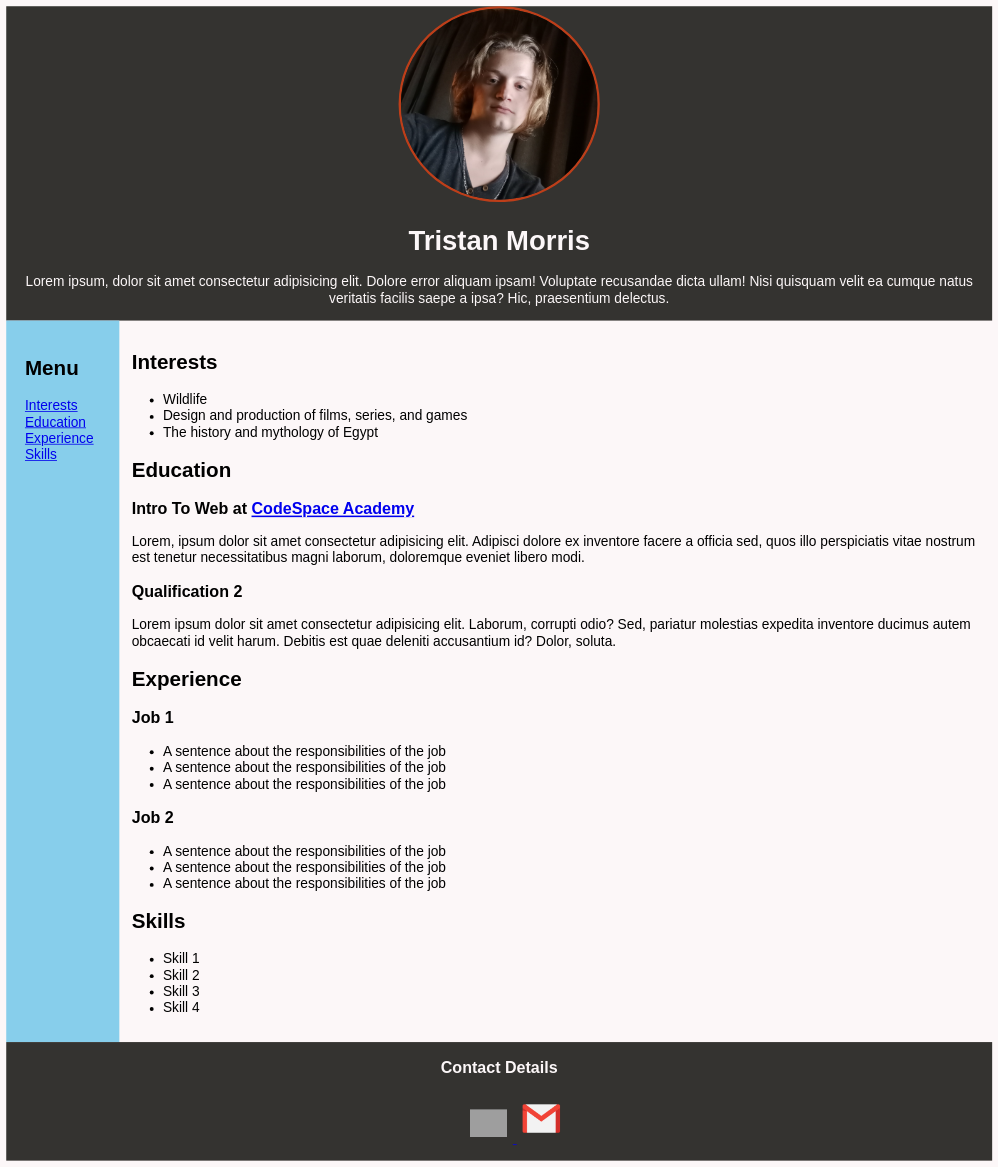
Repository: TristanKMorris/introToWebDesignAssignment
Page: resume.html
An editor plug-in stored every save of this project. The page is shown before and after the next save, followed by the edit.
The browser window is 1280 px wide. The pictures show the whole page, at 78% of full size.
Pictures or frames that could not be fetched are drawn as grey boxes.

Above is the page before, as saved 2022-06-02 22:09:43.

After the next save:
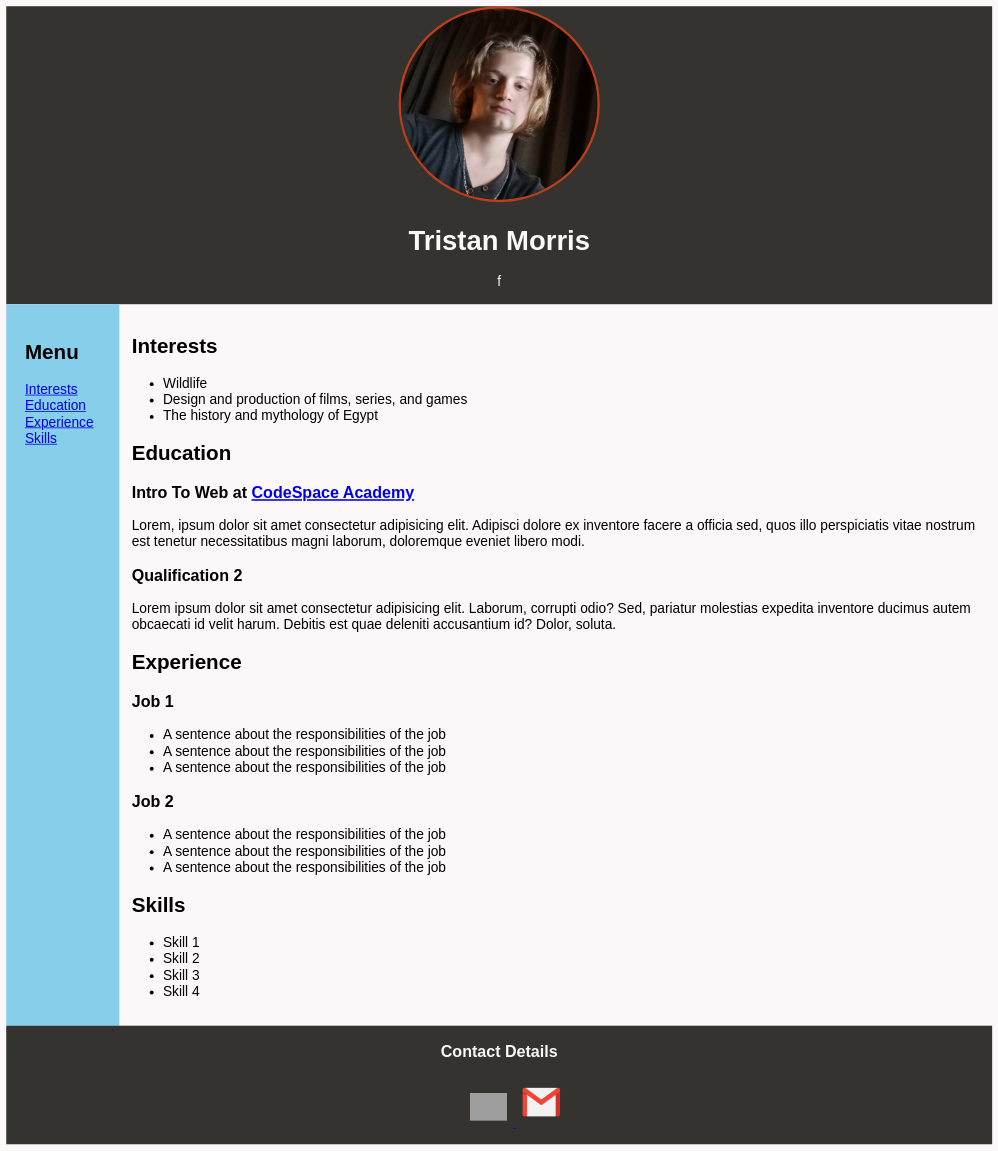
Saved 17 s later.
--- a/resume.html
+++ b/resume.html
@@ -14,7 +14,7 @@
         <img src="images/tristanPortrait.jpg" alt="Tristan Morris Portrait" id="profilePhoto"/>
 
       <h1>Tristan Morris</h1>
-        <p>Lorem ipsum, dolor sit amet consectetur adipisicing elit. Dolore error aliquam ipsam! Voluptate recusandae dicta ullam! Nisi quisquam velit ea cumque natus veritatis facilis saepe a ipsa? Hic, praesentium delectus.</p>
+        <p>f</p>
 
     </header>
 
